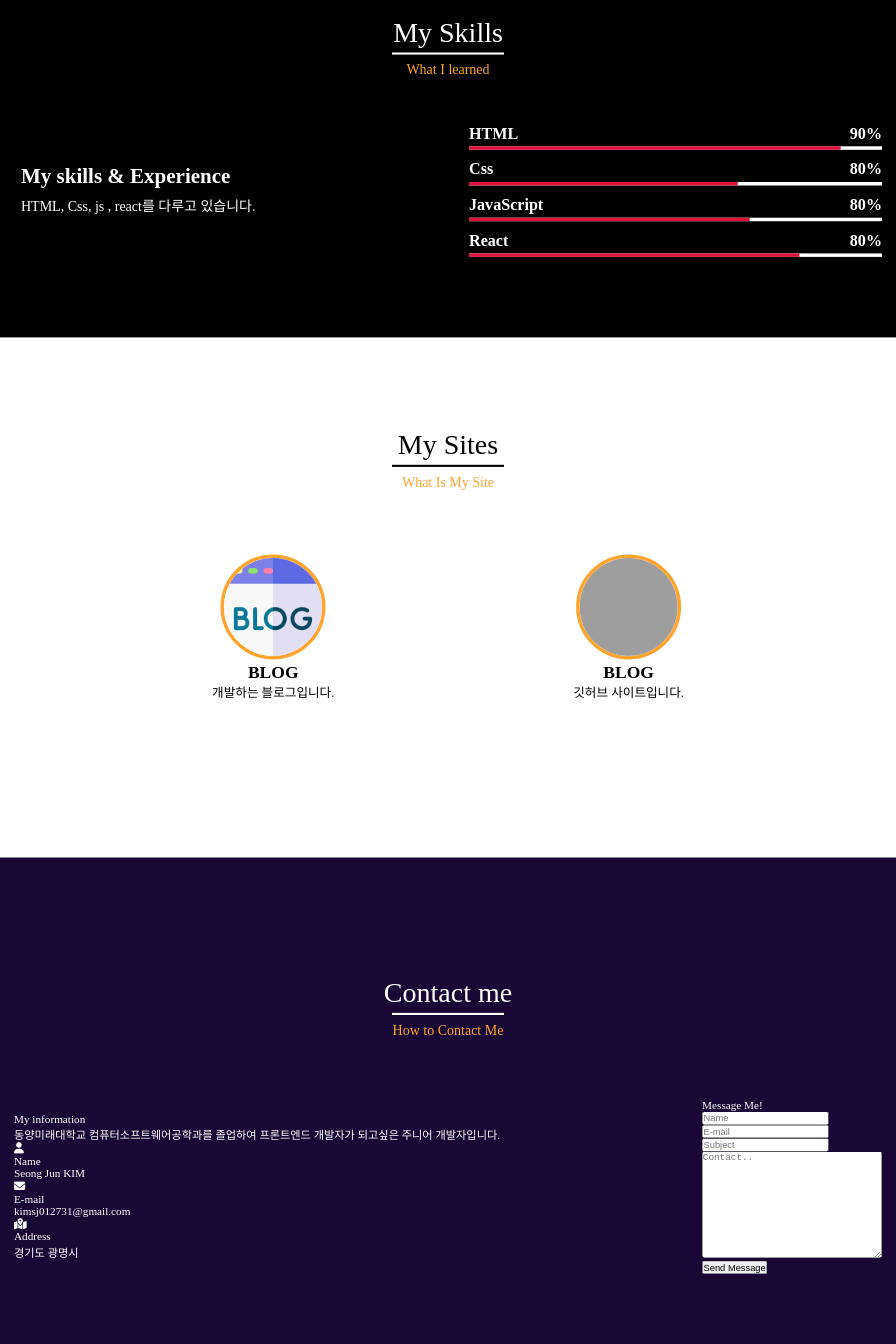
Repository: jun01270/jun
Page: index.html
These files come from the project's save history. The page is drawn as it stood at one moment and after the next save; the edit follows.
The browser window is 1280 px wide. The pictures show the part of the page from y = 1820 to 3740 px (the page is 3740 px tall), at 70% of full size.
Pictures or frames that could not be fetched are drawn as grey boxes. Some web libraries are served in a nearby version.

Above is the page before, as saved 2023-05-10 17:38:08.

After the next save:
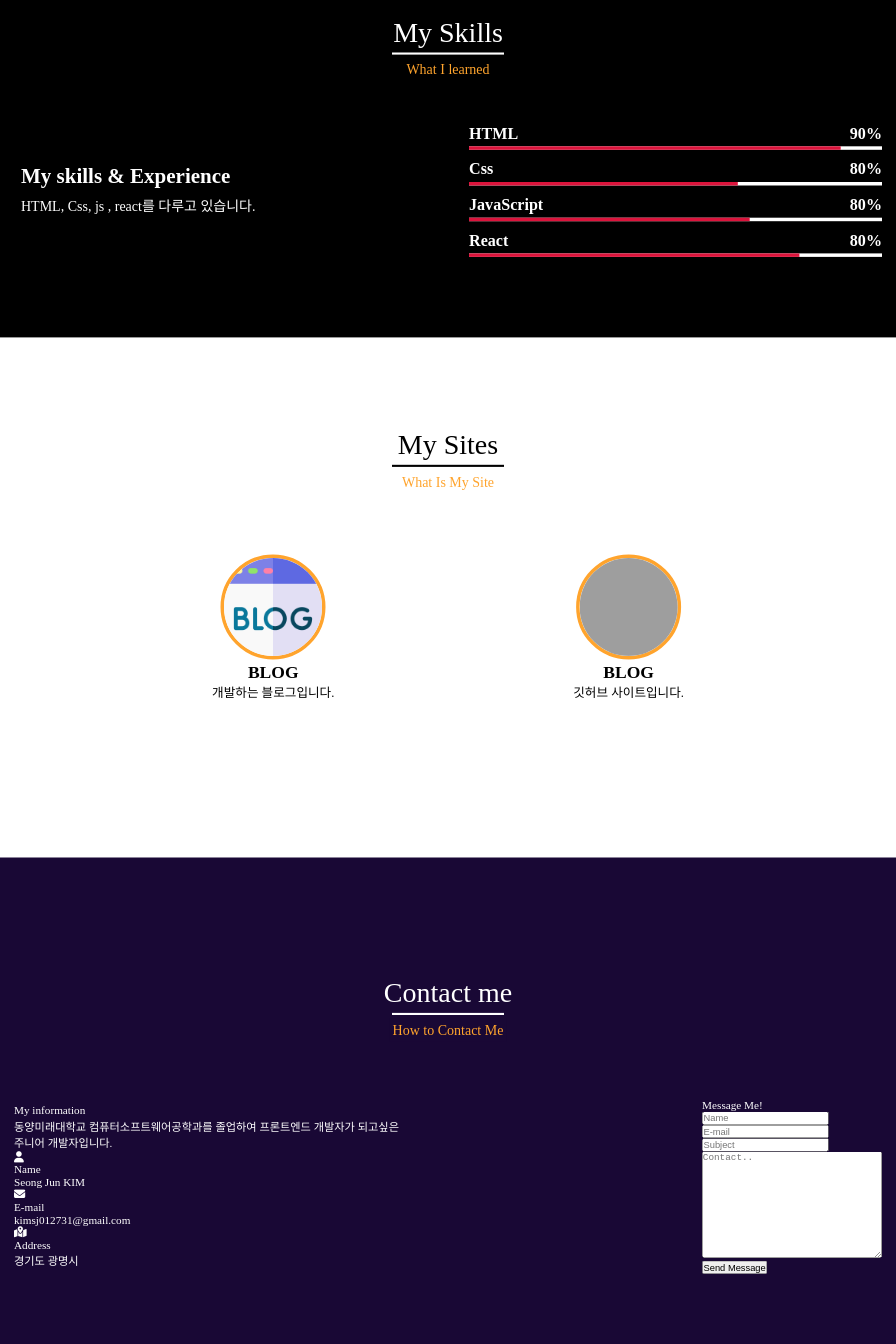
Saved 22 h 40 min later.
--- a/index.html
+++ b/index.html
@@ -144,7 +144,7 @@
       <div class="max-width">
         <h2 class="title">Contact me</h2>
         <div class="contact-content">
-          <div class="left-column">
+          <div class="left column">
             <div class="contact-text">My information</div>
             <p>
               동양미래대학교 컴퓨터소프트웨어공학과를 졸업하여 프론트엔드
